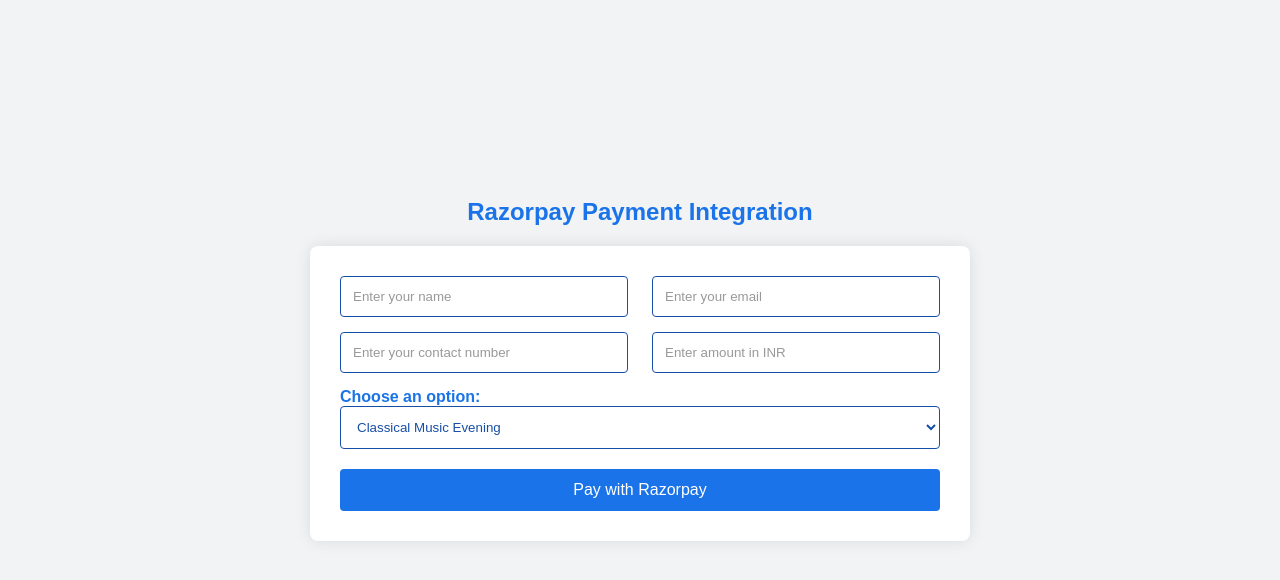
Repository: SharonSebastian32/razorpaypaymentgateway_implementation
Page: bookEventpage.html
The author's editor kept a copy of each file at every save. The page is drawn from the files as they stood at one save, then again after the next save.
The browser window is 1280 px wide. The pictures show the whole page.

Above is the page before, as saved 2024-08-09 07:40:59.

### bookEventpage.html
<!DOCTYPE html>
<html lang="en">
  <head>
    <meta charset="UTF-8" />
    <meta name="viewport" content="width=device-width, initial-scale=1.0" />
    <title>Razorpay Payment Integration</title>
    <style>
      :root {
        --primary-blue: #1a73e8;
        --light-blue: #e8f0fe;
        --dark-blue: #174ea6;
        --white: #ffffff;
        --light-gray: #f1f3f4;
      }

      body {
        font-family: Arial, sans-serif;
        background-color: var(--light-gray);
        display: flex;
        justify-content: center;
        align-items: center;
        height: 100vh;
        margin: 0;
      }

      h2 {
        text-align: center;
        color: var(--primary-blue);
        margin-bottom: 20px;
      }

      #paymentForm {
        background-color: var(--white);
        padding: 30px;
        border-radius: 8px;
        box-shadow: 0 0 15px rgba(0, 0, 0, 0.1);
        width: 600px;
      }

      .form-row {
        display: flex;
        justify-content: space-between;
        margin-bottom: 15px;
      }

      .form-group {
        flex: 0 0 48%;
      }

      input,
      select {
        width: 100%;
        padding: 12px;
        border: 1px solid var(--dark-blue);
        border-radius: 4px;
        box-sizing: border-box;
        background-color: var(--white);
        color: var(--dark-blue);
        transition: border-color 0.3s ease;
      }

      input:focus,
      select:focus {
        outline: none;
        border-color: var(--primary-blue);
      }

      input::placeholder {
        color: #999;
      }

      label {
        display: block;
        margin-top: 15px;
        color: var(--primary-blue);
        font-weight: bold;
      }

      #rzp-button1 {
        width: 100%;
        padding: 12px;
        background-color: var(--primary-blue);
        color: var(--white);
        border: none;
        border-radius: 4px;
        cursor: pointer;
        font-size: 16px;
        margin-top: 20px;
        transition: background-color 0.3s ease;
      }

      #rzp-button1:hover {
        background-color: var(--dark-blue);
      }
    </style>
  </head>
  <body>
    <div>
      <h2>Razorpay Payment Integration</h2>
      <form id="paymentForm">
        <div class="form-row">
          <div class="form-group">
            <input
              type="text"
              id="name"
              placeholder="Enter your name"
              required
            />
          </div>
          <div class="form-group">
            <input
              type="email"
              id="email"
              placeholder="Enter your email"
              required
            />
          </div>
        </div>
        <div class="form-row">
          <div class="form-group">
            <input
              type="text"
              id="contact"
              placeholder="Enter your contact number"
              required
            />
          </div>
          <div class="form-group">
            <input
              type="text"
              id="amount"
              placeholder="Enter amount in INR"
              required
            />
          </div>
        </div>
        <label for="choices">Choose an option:</label>
        <select id="choices" name="choices">
          <!-- Options will be dynamically generated here -->
        </select>
        <button id="rzp-button1" type="submit">Pay with Razorpay</button>
      </form>
    </div>

    <!--------------------------paymentGatewayScripts--------------->
    <script src="./Script/paymentGateway.js"></script>

    <!--------------------------razorpayScript ---------------------->
    <script src="https://checkout.razorpay.com/v1/checkout.js"></script>
  </body>
</html>

### Script/paymentGateway.js
document.getElementById("paymentForm").addEventListener("submit", function (e) {
  e.preventDefault();
  var name = document.getElementById("name").value;
  var email = document.getElementById("email").value;
  var contact = document.getElementById("contact").value;
  var amount = document.getElementById("amount").value * 100;
  // Convert amount to paise

  var options = {
    key: "rzp_test_gCzBTQcb92KH3e", // Enter the Key ID generated from the Dashboard
    amount: amount.toString(), // Amount in currency subunits (100 paise = 1 INR)
    currency: "INR",
    name: "Ozwalz Events",
    description: "Thank You for booking event with Ozwalz Events",
    image: "./assets/images/logo.png",

    handler: function (response) {
      // Handle the response from Razorpay after payment
      // You can redirect to another page or save the response to your database
    },
    prefill: {
      name: name,
      email: email,
      contact: contact,
    },
    notes: {
      description: "Thank You for booking event with Ozwalz Events",
    },
    theme: {
      color: "#red",
    },
  };

  var rzp1 = new Razorpay(options);
  rzp1.open();
});

// API FOR FETCHING EVENTNAME

let eventData;

fetch("./JSON/event.json")
  .then((response) => response.json())
  .then((data) => {
    eventData = data;

    // Populate the select element with event names
    const selectElement = document.getElementById("choices");
    data.forEach((event) => {
      const option = document.createElement("option");
      option.value = event.id;
      option.text = event.eventName;
      selectElement.add(option);
    });

    // Add event listener to the select element
    selectElement.addEventListener("change", updatePriceInput);
  })
  .catch((error) => console.error("Error:", error));

function updatePriceInput() {
  const selectedEventId = document.getElementById("choices").value;
  const selectedEvent = eventData.find((event) => event.id === selectedEventId);

  if (selectedEvent) {
    document.getElementById("amount").value = selectedEvent.price.basePrice;
  } else {
    document.getElementById("amount").value = "";
  }
}

Loaded but not shown: JSON/event.json (899 lines, source omitted)

After the next save:
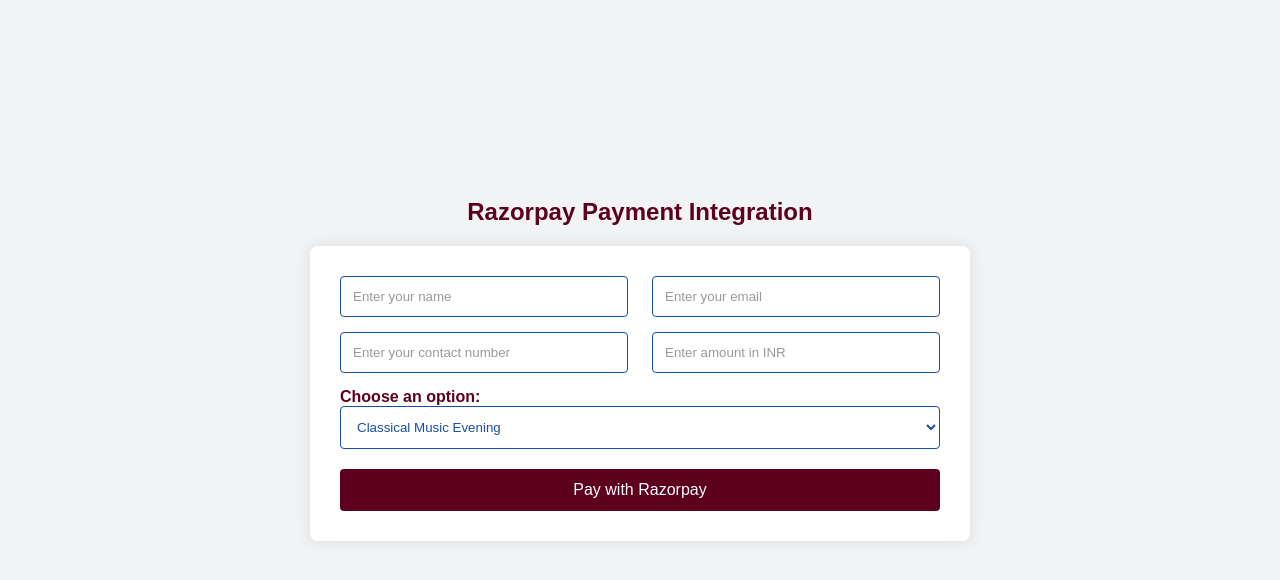
Saved 40 s later.
--- a/bookEventpage.html
+++ b/bookEventpage.html
@@ -6,7 +6,7 @@
     <title>Razorpay Payment Integration</title>
     <style>
       :root {
-        --primary-blue: #1a73e8;
+        --primary-blue:#5D001E ;
         --light-blue: #e8f0fe;
         --dark-blue: #174ea6;
         --white: #ffffff;
